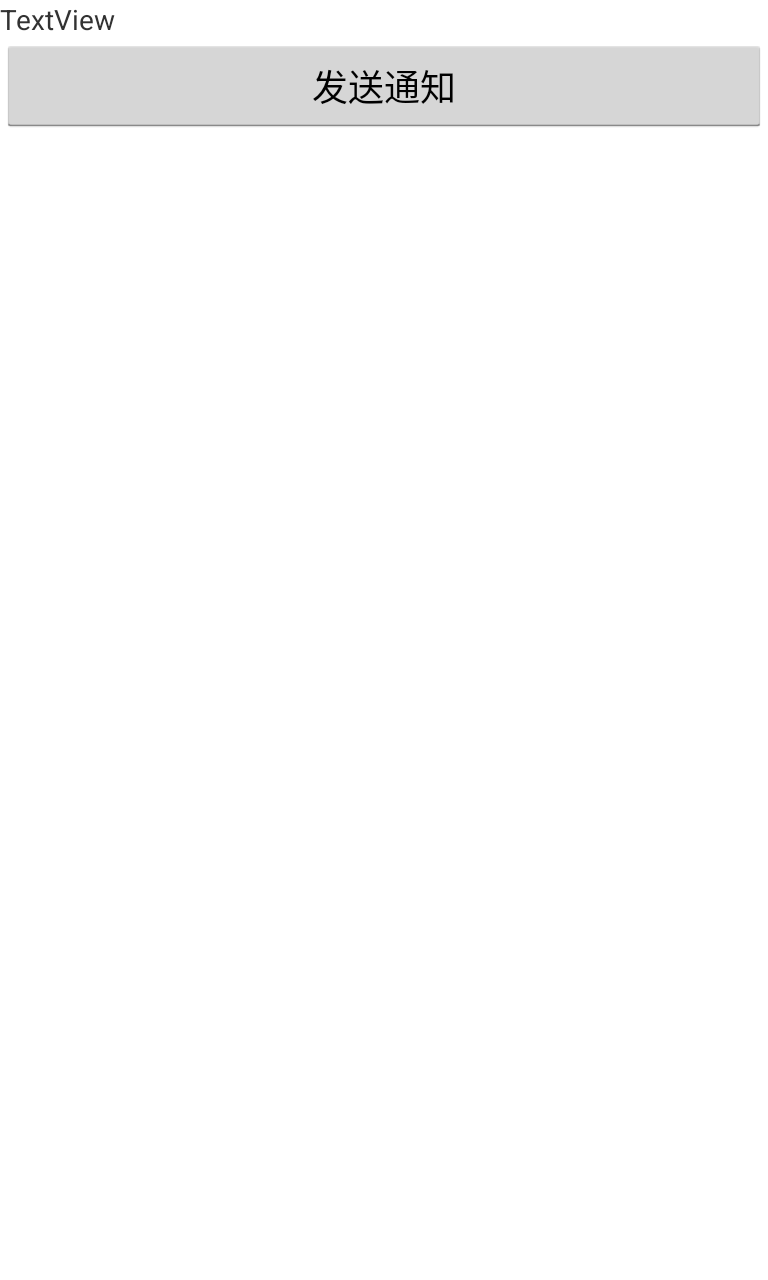
Repository: moetmd/learning-Android
Layout: ServiceDemo2/res/layout/activity_main.xml
These files come from the project's save history. The layout is drawn as it stood at one moment and after the next save; the edit follows.
It is drawn on a 768 x 1280 px phone screen (xhdpi) without system bars, with theme AppTheme; the app's code is not run.

Above is the layout before, as saved 2014-11-19 08:11:26.

### ServiceDemo2/res/layout/activity_main.xml
<FrameLayout xmlns:android="http://schemas.android.com/apk/res/android"
    xmlns:tools="http://schemas.android.com/tools"
    android:id="@+id/container"
    android:layout_width="match_parent"
    android:layout_height="match_parent"
    tools:context="com.niit.servicedemo2.MainActivity"
    tools:ignore="MergeRootFrame" >

    <LinearLayout
        android:layout_width="match_parent"
        android:layout_height="match_parent"
        android:orientation="vertical" >

        <TextView
            android:id="@+id/textView1"
            android:layout_width="match_parent"
            android:layout_height="wrap_content"
            android:text="TextView" />

        <Button
            android:id="@+id/bt1"
            android:layout_width="match_parent"
            android:layout_height="wrap_content"
            android:text="发送通知" />

    </LinearLayout>

</FrameLayout>

Loaded but not shown: ServiceDemo2/res/values/styles.xml (common file); ServiceDemo2/res/values-v11/styles.xml (common file); ServiceDemo2/res/values-v14/styles.xml (common file)

After the next save:
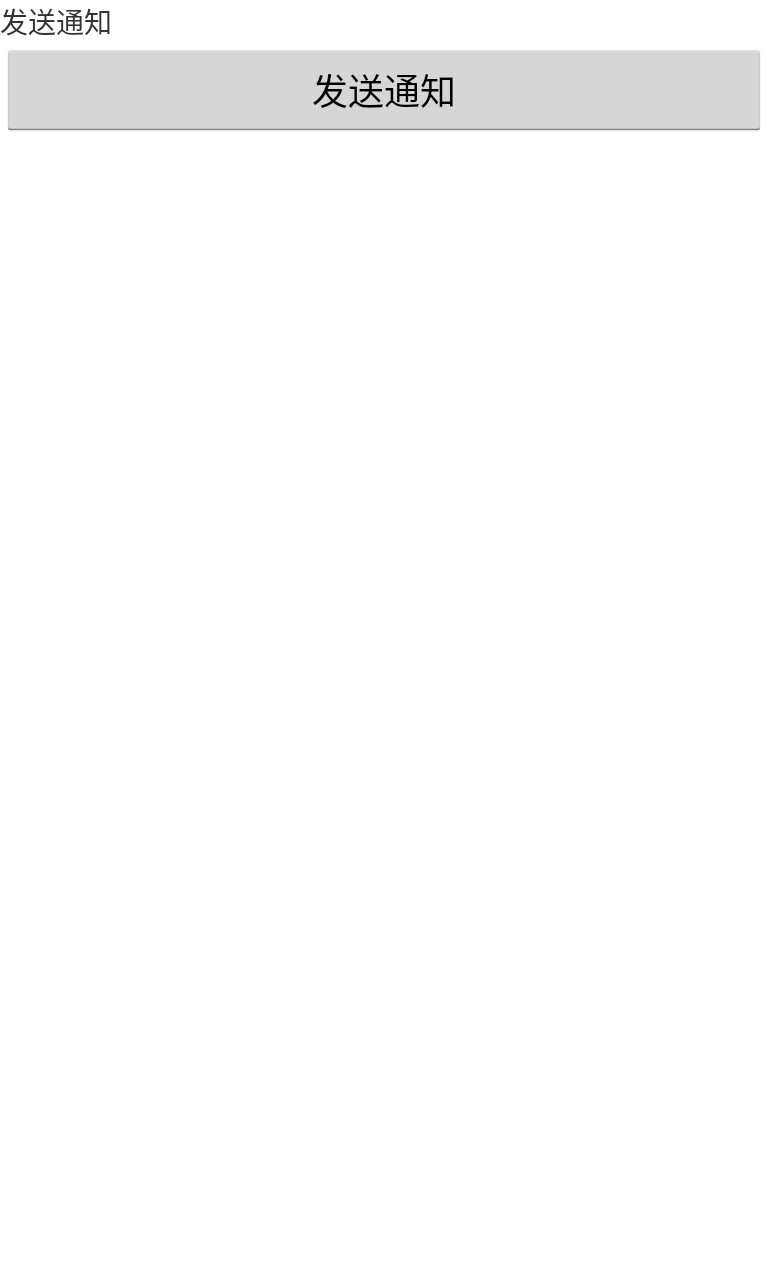
Saved 7 s later.
--- a/ServiceDemo2/res/layout/activity_main.xml
+++ b/ServiceDemo2/res/layout/activity_main.xml
@@ -15,7 +15,7 @@
             android:id="@+id/textView1"
             android:layout_width="match_parent"
             android:layout_height="wrap_content"
-            android:text="TextView" />
+            android:text="发送通知" />
 
         <Button
             android:id="@+id/bt1"
